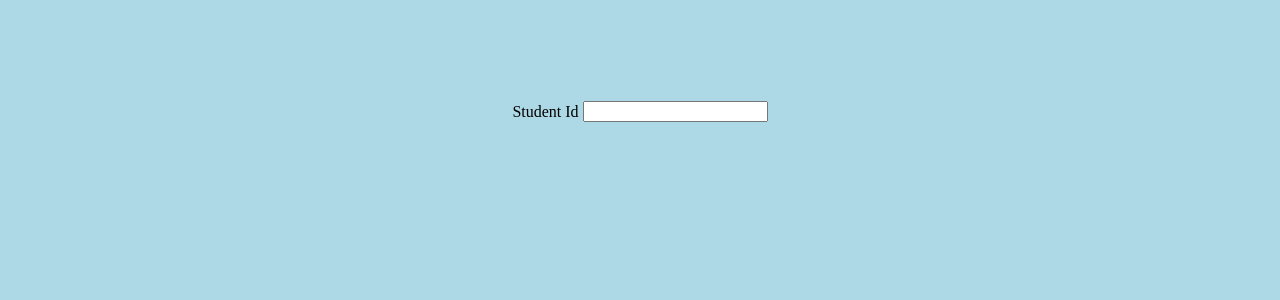
Repository: Rajkishorvarma/Servlets-Projects
Page: app28/WebContent/addform.html
The author's editor kept a copy of each file at every save. The page is drawn from the files as they stood at one save, then again after the next save.
The browser window is 1280 px wide. The pictures show the whole page.

Above is the page before, as saved 2020-02-29 18:49:49.

After the next save:
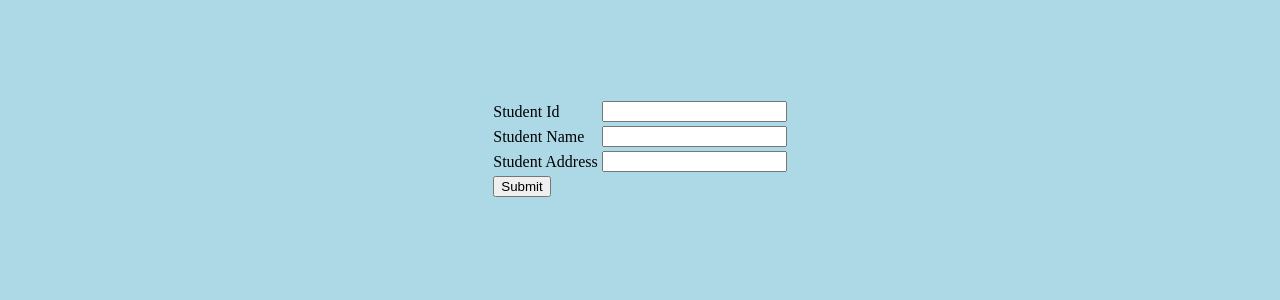
Saved 2 min 2 s later.
--- a/app28/WebContent/addform.html
+++ b/app28/WebContent/addform.html
@@ -12,6 +12,17 @@
 	<td>Student Id</td>
 	<td><input type="text" name="sid"/></td>
 </tr>
+<tr>
+	<td>Student Name</td>
+	<td><input type="text" name="sname"/></td>
+</tr>
+<tr>
+	<td>Student Address</td>
+	<td><input type="text" name="saddr"/></td>
+</tr>
+<tr>
+		<td><input type="submit" name="ADD"/></td>
+</tr>
 </table>
 </form>
 </body>
